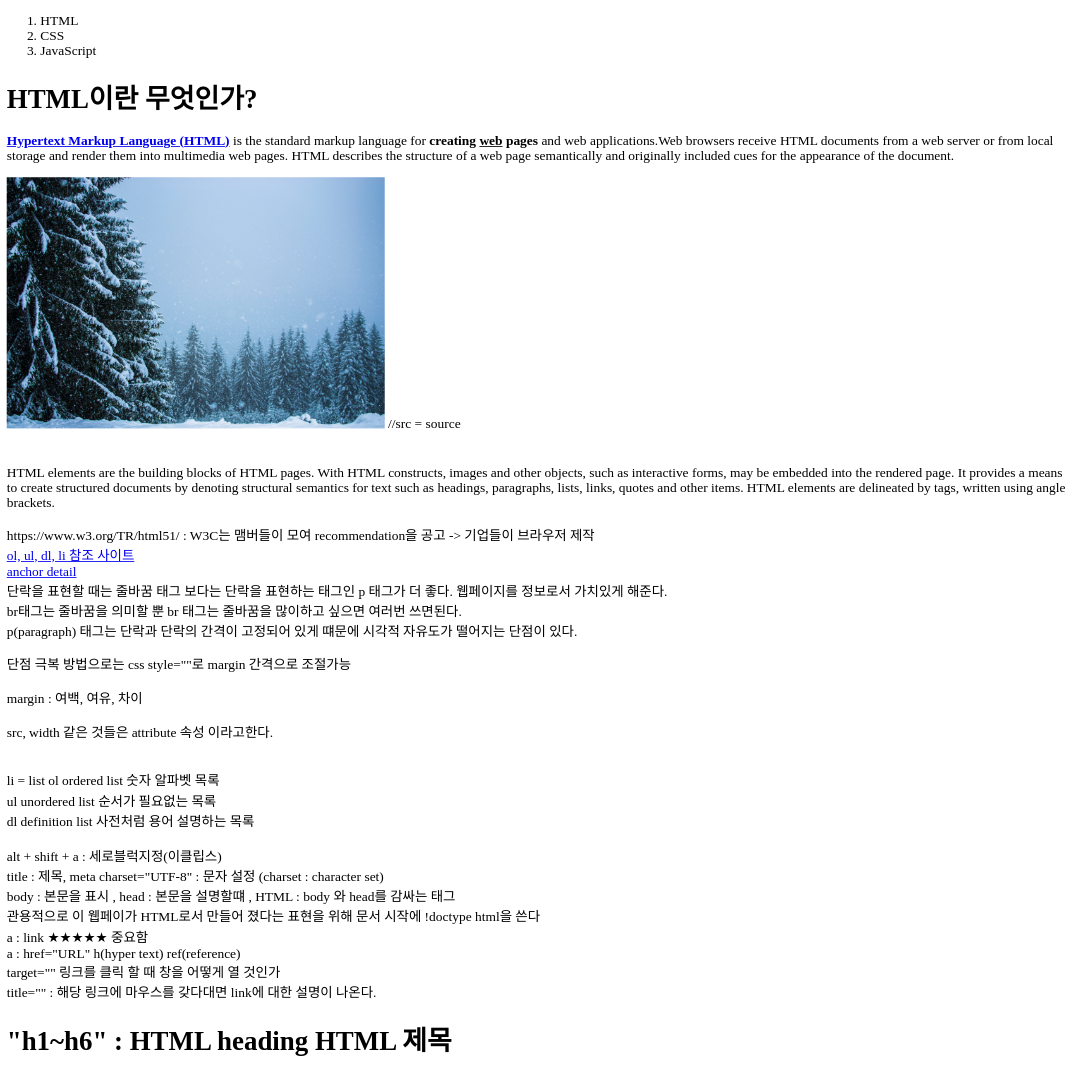
Repository: winterer4/Web-1
Page: HTML5/1.html
These files come from the project's save history. The page is drawn as it stood at one moment and after the next save; the edit follows.
The browser window is 1280 px wide. The pictures show the whole page, at 84% of full size.

Above is the page before, as saved 2018-10-29 06:49:20.

### HTML5/1.html
<!DOCTYPE html>
<html>
<head>
<meta charset="UTF-8">
<title>WEB 1  - HTML</title>
</head>
<body>
<ol>
	<li>HTML      </li>
	<li>CSS       </li>
	<li>JavaScript</li>
</ol>

	<h1>HTML이란 무엇인가?</h1>
	<p>
		<strong><a : href="https://www.w3.org/TR/html51/" target="_blank" title="html5 specificaiton">Hypertext Markup Language (HTML)</a></strong> is the standard markup language for <strong>creating
			<u>web</u> pages
		</strong> and web applications.Web browsers receive HTML documents from a web
		server or from local storage and render them into multimedia web
		pages. HTML describes the structure of a web page semantically and
		originally included cues for the appearance of the document.
	</p>
	<img src ="one.jpg" width="450">
	//src = source
	<p style="margin-top: 40px;">HTML elements are the building blocks
		of HTML pages. With HTML constructs, images and other objects, such as
		interactive forms, may be embedded into the rendered page. It provides
		a means to create structured documents by denoting structural
		semantics for text such as headings, paragraphs, lists, links, quotes
		and other items. HTML elements are delineated by tags, written using
		angle brackets.</p>



https://www.w3.org/TR/html51/ : W3C는 맴버들이 모여 recommendation을 공고 -> 기업들이 브라우저 제작


 <br>  <a : href="http://aboooks.tistory.com/87", target="_blank", title="설명">ol, ul, dl, li 참조 사이트</a>
 <br>  <a : href="http://aboooks.tistory.com/87", target="_blank", title="링크에 대한 설명">anchor detail</a>
 <br>
	단락을 표현할 때는 줄바꿈 태그 보다는 단락을 표현하는 태그인 p 태그가 더 좋다. 웹페이지를 정보로서 가치있게 해준다.
	<br> br태그는 줄바꿈을 의미할 뿐 br 태그는 줄바꿈을 많이하고 싶으면 여러번 쓰면된다.
	<br> p(paragraph) 태그는 단락과 단락의 간격이 고정되어 있게 떄문에 시각적 자유도가 떨어지는 단점이 있다.
	<p> 단점 극복 방법으로는 css style=""로 margin 간격으로 조절가능</p>
	 margin : 여백, 여유, 차이
	 <p> src, width 같은 것들은 attribute 속성 이라고한다.</p>
	 <br>li = list
	 ol ordered list 숫자 알파벳 목록<br>
	 ul unordered list 순서가 필요없는 목록<br>
	 dl definition list 사전처럼 용어 설명하는 목록<br>
	  <br>alt + shift + a : 세로블럭지정(이클립스)
	  <br> title : 제목, meta charset="UTF-8" : 문자 설정 (charset : character set)
	  <br> body  : 본문을 표시 , head : 본문을 설명할떄 , HTML : body 와 head를 감싸는 태그
	  <br> 관용적으로 이 웹페이가 HTML로서 만들어 졌다는 표현을 위해 문서 시작에 !doctype html을 쓴다
	  <br> a : link ★★★★★   중요함
	  <br> a : href="URL" h(hyper text) ref(reference) <br> target="" 링크를 클릭 할 때 창을 어떻게 열 것인가 <br>
	  title="" : 해당 링크에 마우스를 갖다대면 link에 대한 설명이 나온다.

</body>

<h1>"h1~h6" : HTML heading HTML 제목</h1>




</html>

After the next save:
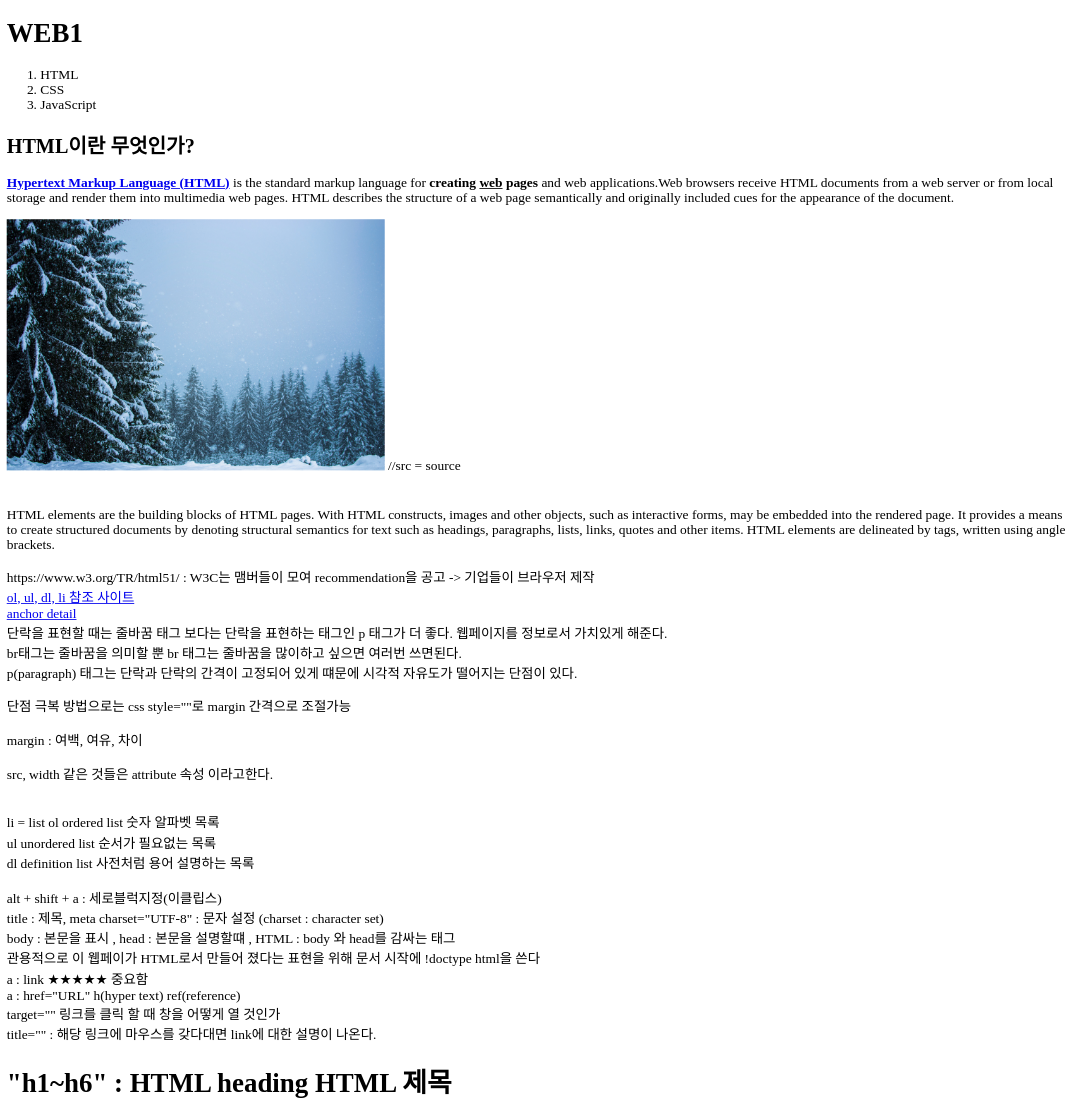
Saved 5 min 47 s later.
--- a/HTML5/1.html
+++ b/HTML5/1.html
@@ -5,13 +5,14 @@
 <title>WEB 1  - HTML</title>
 </head>
 <body>
+ <h1>WEB1</h1>
 <ol>
 	<li>HTML      </li>
 	<li>CSS       </li>
 	<li>JavaScript</li>
 </ol>
 
-	<h1>HTML이란 무엇인가?</h1>
+	<h2>HTML이란 무엇인가?</h2>
 	<p>
 		<strong><a : href="https://www.w3.org/TR/html51/" target="_blank" title="html5 specificaiton">Hypertext Markup Language (HTML)</a></strong> is the standard markup language for <strong>creating
 			<u>web</u> pages
